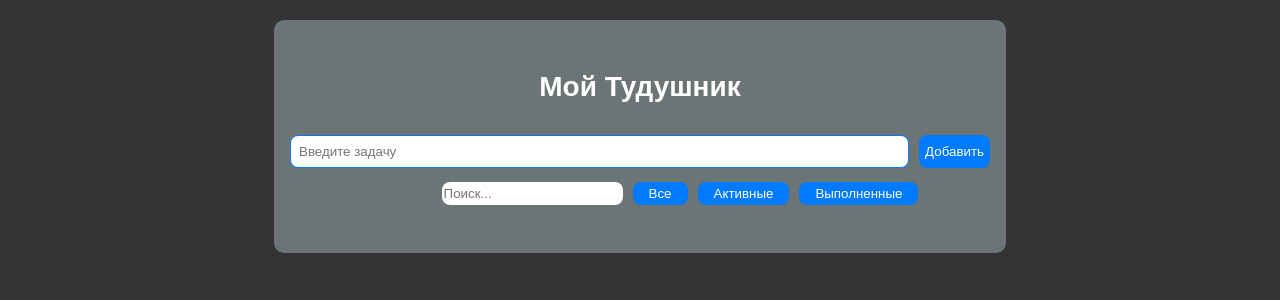
Repository: AlekCawka/-todo-project
Page: /
An editor plug-in stored every save of this project. The page is shown before and after the next save, followed by the edit.
The browser window is 1280 px wide. The pictures show the whole page.
The project was rebuilt for these pictures with package versions that can differ from the ones it lists, and the page was loaded fresh each time. Also part of the build but not shown: vite.config.js.

Above is the page before, as saved 2025-08-06 23:09:46.

After the next save:
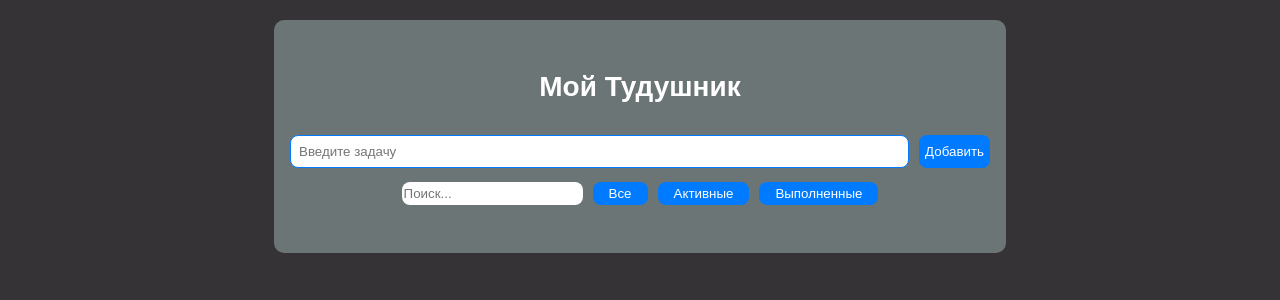
Saved 7 s later.
--- a/src/App.css
+++ b/src/App.css
@@ -43,7 +43,6 @@ body {
     border: none;
     border-radius: 8px;
     text-align: start;
-    margin-left: 5rem;
 }
 
 .form button {
